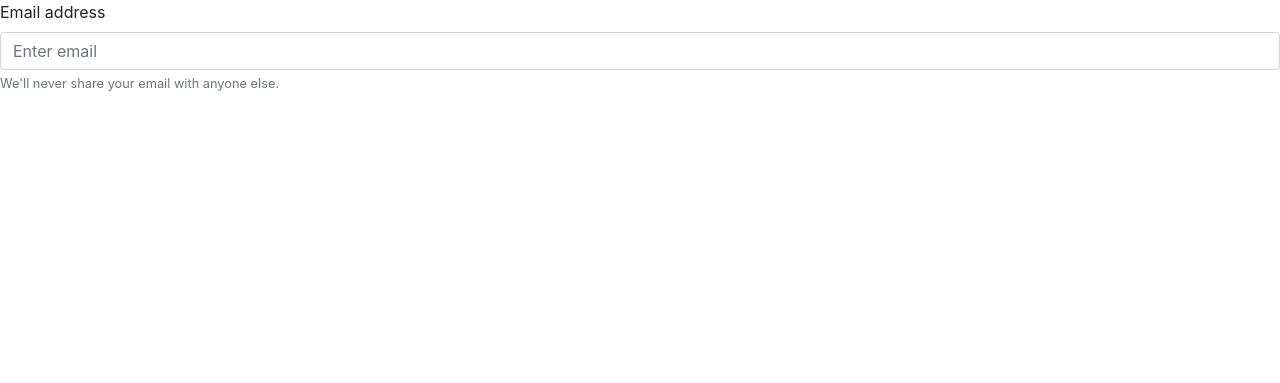
Repository: MarkandaMeher/Spring-Framework
Page: http://localhost/SpringMVC/contact
The author's editor kept a copy of each file at every save. The page is drawn from the files as they stood at one save, then again after the next save.
The browser window is 1280 px wide. The pictures show the whole page.
Some web libraries are served in a nearby version. The page is served by Tomcat 9. Other server files are loaded and not shown.

Above is the page before, as saved 2023-02-13 15:42:23.

### SpringMVC/src/main/webapp/WEB-INF/spring-servlet.xml
<?xml version="1.0" encoding="UTF-8"?>
<beans xmlns="http://www.springframework.org/schema/beans"
  xmlns:xsi="http://www.w3.org/2001/XMLSchema-instance"
  xmlns:p="http://www.springframework.org/schema/p"
  xmlns:context="http://www.springframework.org/schema/context"
  xsi:schemaLocation="http://www.springframework.org/schema/beans
  http://www.springframework.org/schema/beans/spring-beans.xsd
  http://www.springframework.org/schema/context
  http://www.springframework.org/schema/context/spring-context.xsd">

  <context:component-scan base-package="com.spring.controller"/>



  <bean class="org.springframework.web.servlet.view.InternalResourceViewResolver" name="viewResolver">
  <property name="prefix" value="WEB-INF/views/"/>
  <property name="suffix" value=".jsp"/>
  </bean>


</beans>

### SpringMVC/src/main/webapp/WEB-INF/views/contact.jsp
<%@ page language="java" contentType="text/html; charset=UTF-8"
    pageEncoding="UTF-8"%>
<!doctype html>
<html lang="en">
  <head>
    <!-- Required meta tags -->
    <meta charset="utf-8">
    <meta name="viewport" content="width=device-width, initial-scale=1, shrink-to-fit=no">

    <!-- Bootstrap CSS -->
    <link rel="stylesheet" href="https://cdn.jsdelivr.net/npm/bootstrap@4.0.0/dist/css/bootstrap.min.css" integrity="sha384-Gn5384xqQ1aoWXA+058RXPxPg6fy4IWvTNh0E263XmFcJlSAwiGgFAW/dAiS6JXm" crossorigin="anonymous">

    <title>Contact Page</title>
  </head>
  <body>
    <form>
  <div class="form-group">
    <label for="exampleInputEmail1">Email address</label>
    <input type="email" class="form-control" id="exampleInputEmail1" aria-describedby="emailHelp" placeholder="Enter email">
    <small id="emailHelp" class="form-text text-muted">We'll never share your email with anyone else.</small>
  </div>


</form>








    <!-- Optional JavaScript -->
    <!-- jQuery first, then Popper.js, then Bootstrap JS -->
    <script src="https://code.jquery.com/jquery-3.2.1.slim.min.js" integrity="sha384-KJ3o2DKtIkvYIK3UENzmM7KCkRr/rE9/Qpg6aAZGJwFDMVNA/GpGFF93hXpG5KkN" crossorigin="anonymous"></script>
    <script src="https://cdn.jsdelivr.net/npm/popper.js@1.12.9/dist/umd/popper.min.js" integrity="sha384-ApNbgh9B+Y1QKtv3Rn7W3mgPxhU9K/ScQsAP7hUibX39j7fakFPskvXusvfa0b4Q" crossorigin="anonymous"></script>
    <script src="https://cdn.jsdelivr.net/npm/bootstrap@4.0.0/dist/js/bootstrap.min.js" integrity="sha384-JZR6Spejh4U02d8jOt6vLEHfe/JQGiRRSQQxSfFWpi1MquVdAyjUar5+76PVCmYl" crossorigin="anonymous"></script>
  </body>
</html>

### SpringMVC/src/main/java/com/spring/controller/ContactController.java
package com.spring.controller;

import org.springframework.stereotype.Controller;
import org.springframework.web.bind.annotation.RequestMapping;

@Controller
public class ContactController {

	@RequestMapping("/contact")
	public String showForm() {
		return "contact";
	}

}

### SpringMVC/src/main/java/com/spring/controller/HomeController2.java
package com.spring.controller;

import org.springframework.stereotype.Controller;
import org.springframework.web.bind.annotation.RequestMapping;

@Controller
//@RequestMapping("/second") Not working...
public class HomeController2 {

	@RequestMapping("/home")
	public String home() {


		return "index2";
	}



}

After the next save:
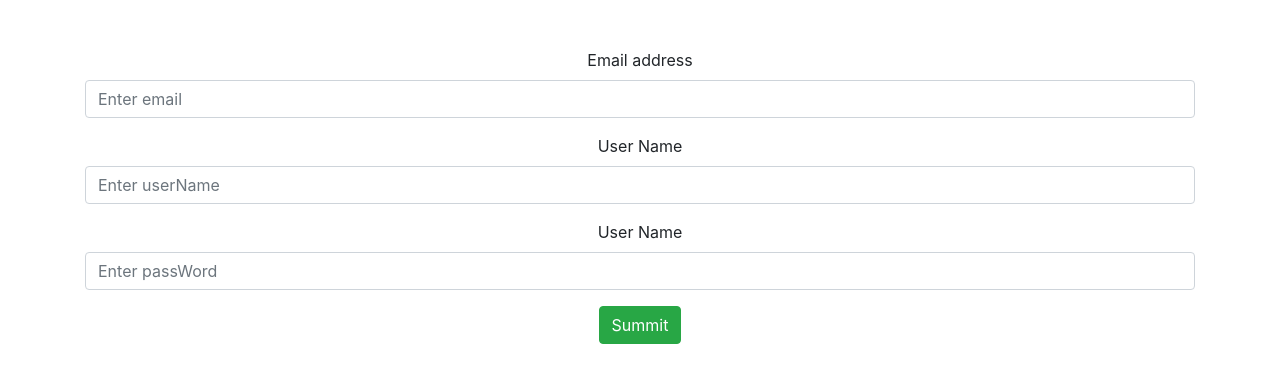
Saved 6 min 52 s later.
--- a/SpringMVC/src/main/webapp/WEB-INF/views/contact.jsp
+++ b/SpringMVC/src/main/webapp/WEB-INF/views/contact.jsp
@@ -13,12 +13,21 @@
     <title>Contact Page</title>
   </head>
   <body>
-    <form>
+    <form class="container mt-5 text-center">
   <div class="form-group">
     <label for="exampleInputEmail1">Email address</label>
     <input type="email" class="form-control" id="exampleInputEmail1" aria-describedby="emailHelp" placeholder="Enter email">
-    <small id="emailHelp" class="form-text text-muted">We'll never share your email with anyone else.</small>
   </div>
+  <div class="form-group">
+    <label for="userName">User Name</label>
+    <input type="text" class="form-control" id="userName" aria-describedby="emailHelp" placeholder="Enter userName">
+  </div>
+  <div class="form-group">
+    <label for="userPassword">User Name</label>
+    <input type="text" class="form-control" id="userPassword" aria-describedby="emailHelp" placeholder="Enter passWord">
+  </div>
+
+  <button class="btn btn-success" type="submit">Summit</button>
 
 
 </form>
